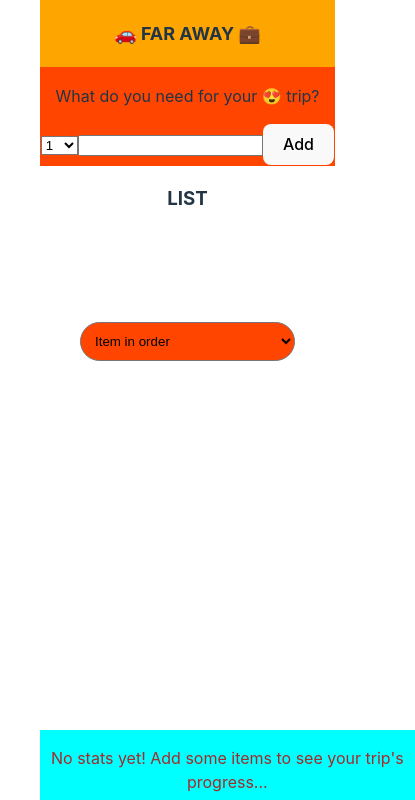
Repository: Celebration-cloud/Trip-Add-To-List
Page: /
These files come from the project's save history. The page is drawn as it stood at one moment and after a run of saves; the edit follows.
The browser window is 375 px wide. The page is 415 px wide, then 375 px, then 415 px, so the pictures cover 415 px, including what lies to the right of the window. The pictures show the whole page.
The project was rebuilt for these pictures with package versions that can differ from the ones it lists, and the page was loaded fresh each time. Also part of the build but not shown: vite.config.js.

Above is the page before, as saved 2023-10-29 16:30:18.

### src/App.jsx
import './App.css'
import TripList from './Trip-List/TripList'

function App() {

  return (
    <>
    <TripList/>
    </>
  )
}

export default App

### src/App.css
#root {
  margin: 0;
  padding: 0;
  text-align: center;
}

.logo {
  height: 6em;
  padding: 1.5em;
  will-change: filter;
  transition: filter 300ms;
}
.logo:hover {
  filter: drop-shadow(0 0 2em #646cffaa);
}
.logo.react:hover {
  filter: drop-shadow(0 0 2em #61dafbaa);
}

@keyframes logo-spin {
  from {
    transform: rotate(0deg);
  }
  to {
    transform: rotate(360deg);
  }
}

@media (prefers-reduced-motion: no-preference) {
  a:nth-of-type(2) .logo {
    animation: logo-spin infinite 20s linear;
  }
}

.card {
  padding: 2em;
}

.read-the-docs {
  color: #888;
}

### src/Trip-List/TripList.jsx
/* eslint-disable react/no-unescaped-entities */
/* eslint-disable react/prop-types */
import { useState } from "react";
import './TripList.css'
function TripList() {
  const [addItem, setAddItem] = useState([]);

  const handleAddItem = (item) => {
    setAddItem((items) => [...items, item]);
  };
  const handleRemoveItem = (id) =>{
    setAddItem(items => items.filter(p => p.id !== id))
  }
  const handleChecked = (id) => {
    setAddItem(items => items.map(item => item.id === id ? {...item, packed: !item.packed} : item));
  };
  return (
    <div>
      <TripHead/>
      <TripForm handleAddItem={handleAddItem}/>
      <TripListForm addItem={addItem} remove={handleRemoveItem} check={handleChecked}/>
      <TripStats stats={addItem}/>
    </div>
  )
}

export default TripList

function TripHead() {
  return (
    <div style={{backgroundColor: "orange", padding: "5px"}}>
      <h2 className="title">🚗 FAR AWAY 💼</h2>
    </div>
  )
}

function TripForm({handleAddItem}) {
  const [item, setItem] = useState({description: "", quantity: 1})

  const handleSubmit = (e) =>{
    e.preventDefault();
    if (!item.description) return;

    const newItem = {
      des: item.description,
      amount: item.quantity,
      packed: false,
      id: Date.now(),
    };

    handleAddItem(newItem);
    setItem({ description: "", quantity: 1 });
  }
  const handleInput = (e) =>{
    setItem(prev => ({...prev, description: e.target.value}))
  }
  const handleOption = (e) =>{
    setItem(prevState => ({...prevState,quantity: Number(e.target.value)}))
  }
  return (
    <div style={{ backgroundColor: "orangered", padding: "1px" }}>
      <form onSubmit={handleSubmit}>
        <span>
          <p>What do you need for your 😍 trip?</p>
          <select onChange={handleOption} value={item.quantity}>
            {Array.from({ length: 10 }, (_, i) => i + 1).map((num) => (
              <option value={num} key={num}>
                {num}
              </option>
            ))}
          </select>
          <input onChange={handleInput} value={item.description}></input>
          <button type="submit">Add</button>
        </span>
      </form>
    </div>
  );
}

function TripListForm({addItem, remove, check}) {
  const [sort, setSort] = useState("input")
  const sortingBy = (e) => {
    setSort(e.target.value);
  };
  let sorting;
  if (sort === "input") sorting = addItem;
  if (sort === "checked")
    sorting = addItem.slice().sort((a, b) => a.des.localeCompare(b.des));
  if (sort === "order")
    sorting = addItem
      .slice()
      .sort((a, b) => Number(a.packed) - Number(b.packed));

  return (
    <>
      <h3>LIST</h3>
      <ul style={{ listStyleType: "none" }}>
        <li>
          {sorting?.map((item) => (
            <>
              <input
                type="checkbox"
                value={item.packed}
                onChange={() => check(item.id)}
              />
              <span
                key={item.id}
                style={item.packed ? { textDecoration: "line-through" } : {}}
              >
                {item.amount}-{item.des}
              </span>
              <button onClick={() => remove(item.id)}>
                🚩
              </button>
            </>
          ))}
        </li>
      </ul>
      <div>
        <select onChange={sortingBy} value={sort} style={{padding: "10px 100px 10px 10px", marginTop: "90px", backgroundColor: "orangered", borderRadius: "20px"}}>
          <option value="input" style={{marginRight: "5px", backgroundColor: "brown" }}>Item in order</option>
          <option value="checked" style={{marginRight: "5px"}}>Checked Item</option>
          <option value="order" style={{marginRight: "5px"}}>Split Item</option>
        </select>
      </div>
    </>
  );
}

function TripStats({stats}) {
  if(!stats.length)
  return (
    <footer className="static">
      <p>No stats yet! Add some items to see your trip's progress...</p>
    </footer>
  );
  const total = stats.length
  const packed= stats.filter(items => items.packed).length
  const percent = Math.round((packed / total) * 100)
  return (
    <>
      {percent === 100 ? (
        <footer className="static">
          <p>You have Completed the List✈</p>
        </footer>
      ) : (
        <footer className="static">
          <p>
            You have {total} items on your list, and already packed {packed} (
            {percent}%)
          </p>
        </footer>
      )}
    </>
  );
}

### src/Trip-List/TripList.css
/* backgroundColor: "aqua",
            color: "brown",
            bottom: "0%",
            height: "30px",
            width: "100%", */
.static{
    position: absolute;
    background-color: aqua;
    color: brown;
    bottom: -0%;
    width: 100%;
}
.title{
    font-family: inherit;
    font-size: larger;
}
@media (max-width: 480px) {
    .static{
    position: none;
    background-color: aqua;
    color: brown;
    bottom: 0%;
    height: 70px;
    width: 100%;
}
.title{
    font-family: inherit;
    font-size: large;
}
}

Loaded but not shown: index.html (common file); src/main.jsx (common file); src/index.css (common file)

After the next 3 saves:
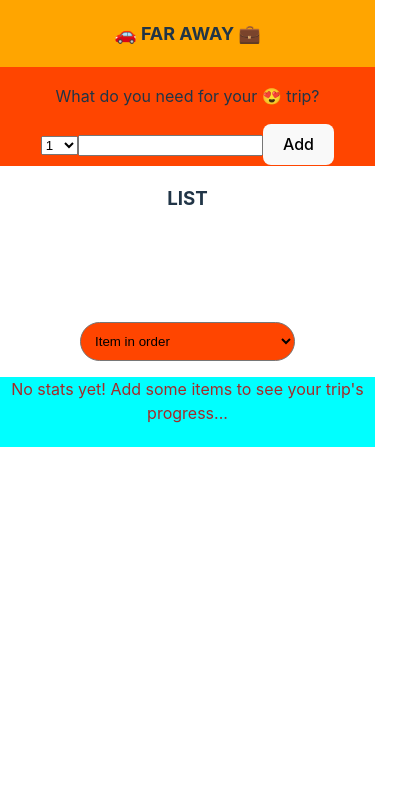
The 3 saves are shown as one change because they came seconds apart.
The last was saved 55 s later.
--- a/src/Trip-List/TripList.css
+++ b/src/Trip-List/TripList.css
@@ -16,7 +16,7 @@
 }
 @media (max-width: 480px) {
     .static{
-    position: none;
+    position: relative;
     background-color: aqua;
     color: brown;
     bottom: 0%;

After the save that followed:
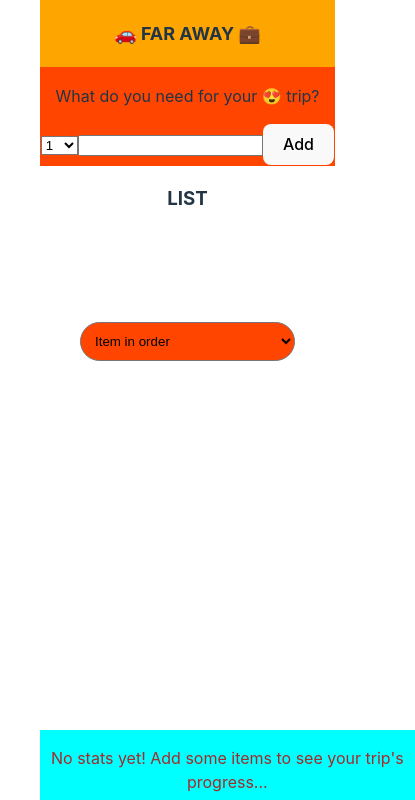
Saved 49 s later.
--- a/src/Trip-List/TripList.css
+++ b/src/Trip-List/TripList.css
@@ -16,7 +16,6 @@
 }
 @media (max-width: 480px) {
     .static{
-    position: relative;
     background-color: aqua;
     color: brown;
     bottom: 0%;
